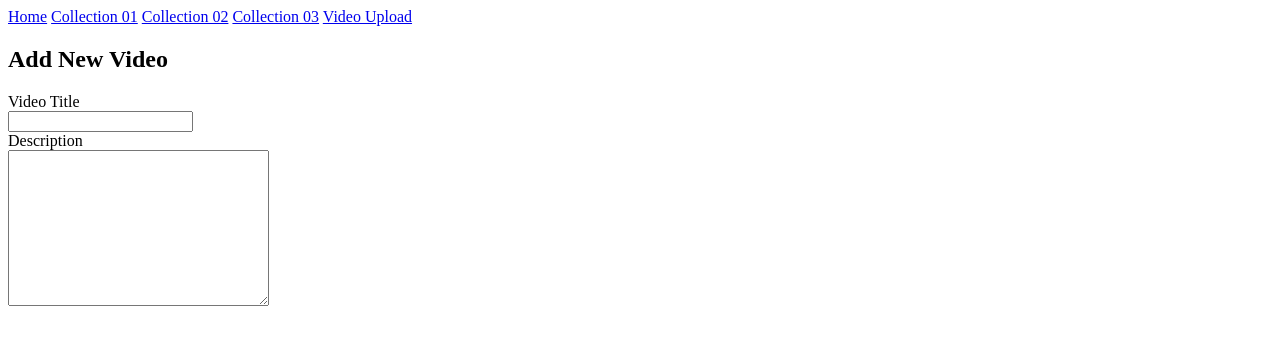
Repository: JoaoLemesDEV/Project-MyTube
Page: video_upload_page.html
An editor plug-in stored every save of this project. The page is shown before and after the next save, followed by the edit.
The browser window is 1280 px wide. The pictures show the whole page.

Above is the page before, as saved 2021-10-10 21:23:11.

### video_upload_page.html
<!DOCTYPE html>
<html lang="en">
<head>
  <meta charset="UTF-8">
  <meta http-equiv="X-UA-Compatible" content="IE=edge">
  <meta name="viewport" content="width=device-width, initial-scale=1.0">
  <title>My Ytube Website</title>
</head>
<body>
  <nav>
    <a href="/">Home</a>
    <a href="/collection1.html">Collection 01</a>
    <a href="/collection2.html">Collection 02</a>
    <a href="/collection3.html">Collection 03</a>
    <a href="/video_upload_page.html">Video Upload</a>
  </nav>
<h2>Add New Video</h2>

<label for="title">Video Title</label><br>
<input type="text" name="" id=""><br>
<label for="description">Description</label><br>
<textarea name="" id="" cols="30" rows="10"></textarea>
</body>
<footer></footer>
</html>

After the next save:
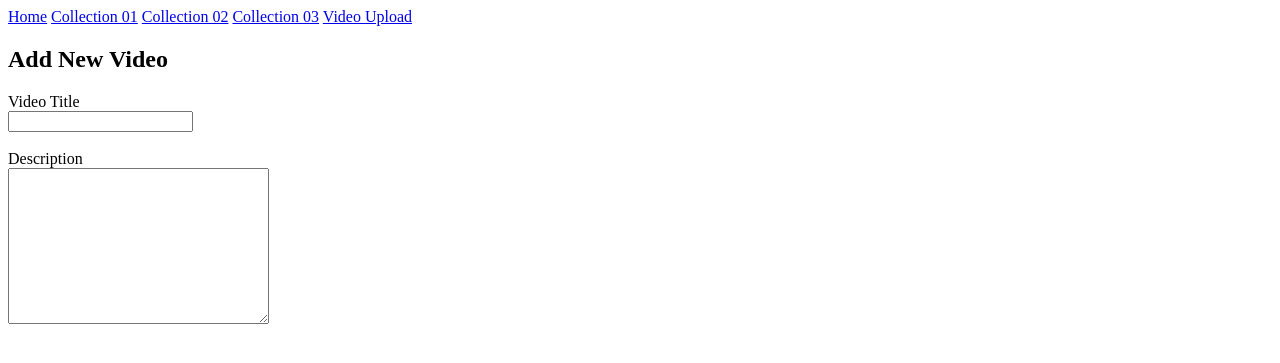
Saved 4 s later.
--- a/video_upload_page.html
+++ b/video_upload_page.html
@@ -17,7 +17,7 @@
 <h2>Add New Video</h2>
 
 <label for="title">Video Title</label><br>
-<input type="text" name="" id=""><br>
+<input type="text" name="" id=""><br><br>
 <label for="description">Description</label><br>
 <textarea name="" id="" cols="30" rows="10"></textarea>
 </body>
